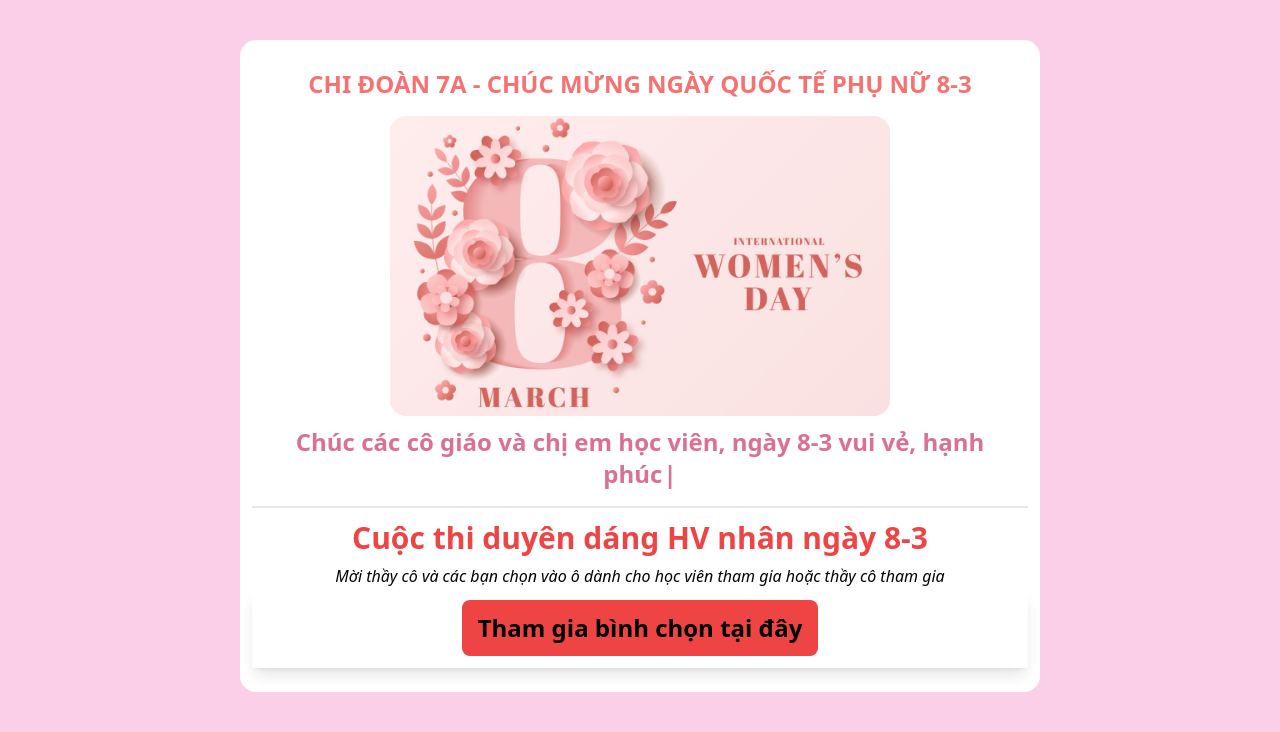
Repository: hoang0508/web-837A
Page: /
An editor plug-in stored every save of this project. The page is shown before and after the next save, followed by the edit.
The browser window is 1280 px wide. The pictures show the whole page.
Some web fonts or font styles are not loaded; a fallback is used. The project was rebuilt for these pictures with package versions that can differ from the ones it lists, and the page was loaded fresh each time. Also part of the build but not shown: vite.config.js.

Above is the page before, as saved 2025-02-28 19:32:01.

### index.html
<!DOCTYPE html>
<html lang="en">
  <head>
    <meta charset="UTF-8" />
    <link rel="icon" type="image/svg+xml" href="/vite.svg" />
    <meta name="viewport" content="width=device-width, initial-scale=1.0" />
    <link rel="preconnect" href="https://fonts.googleapis.com" />
    <link rel="preconnect" href="https://fonts.gstatic.com" crossorigin />
    <link
      href="https://fonts.googleapis.com/css2?family=Bai+Jamjuree:ital,wght@0,200;0,300;0,400;0,500;0,600;0,700;1,200;1,300;1,400;1,500;1,600;1,700&family=Montserrat:ital,wght@0,100..900;1,100..900&display=swap"
      rel="stylesheet"
    />
    <title>Vite + React</title>
  </head>
  <body>
    <div id="root"></div>
    <script type="module" src="/src/main.jsx"></script>
  </body>
</html>

### src/index.css
@import url("https://fonts.googleapis.com/css2?family=Bai+Jamjuree:ital,wght@0,200;0,300;0,400;0,500;0,600;0,700;1,200;1,300;1,400;1,500;1,600;1,700&family=Montserrat:ital,wght@0,100..900;1,100..900&display=swap");
@tailwind base;
@tailwind components;
@tailwind utilities;
*,
*:before,
*:after {
  box-sizing: border-box;
}

img,
picture,
svg,
video {
  display: block;
  max-width: 100%;
}
input,
select,
textarea {
  background-color: transparent;
  outline: none;
}
button {
  cursor: pointer;
  background-color: transparent;
  outline: none;
  border: 0;
}
body {
  min-height: 100vh;
  font-weight: 400;
  font-size: 16px;
  line-height: 1;
}

.Typewriter {
  margin: 10px;
  color: palevioletred;
  text-align: center;
  height: 70px;
}

### src/App.jsx
import { useState } from "react";
import reactLogo from "./assets/react.svg";
import anh83 from "./assets/anh832.png";
import Typewriter from "typewriter-effect";

import "./index.css";

function App() {
  const [count, setCount] = useState(0);

  return (
    <>
      <div className="text-2xl font-bold  bg-pink-200 min-h-screen p-10">
        <div className="bg-white shadow-3xl p-3 w-[800px]  my-0 mx-auto rounded-2xl">
          <h1 className="text-center text-red-400 p-4 uppercase">
            Chi đoàn 7A - CHÚC MỪNG NGÀY QUỐC TẾ PHỤ NỮ 8-3
          </h1>
          <div className="mx-auto w-[500px] h-[300px]">
            <img
              src={anh83}
              alt="##"
              className="w-full h-full object-cover rounded-2xl"
            />
          </div>
          <div className="border-b-2 border-gray-200">
            <Typewriter
              options={{
                strings: [
                  `${"Chúc các cô giáo và chị em học viên, ngày 8-3 vui vẻ, hạnh phúc, luôn mạnh khỏe và thành công! 🌸💐❤️❤️❤️💰"}`,
                ],
                delay: 75,
                autoStart: true,
                loop: true,
              }}
            />
          </div>
          <div className="my-3">
            <h3 className="text-center font-bold text-red-500 mb-2 text-3xl">
              Cuộc thi duyên dáng HV nhân ngày 8-3
            </h3>
            <p className="text-center italic text-base font-light">
              Mời thầy cô và các bạn chọn vào ô dành cho học viên tham gia hoặc
              thầy cô tham gia
            </p>
            <div className="py-3 flex justify-center items-center shadow-lg">
              <button className="flex justify-center items-center py-3 px-4 bg-red-500 rounded-lg">
                Tham gia bình chọn tại đây
              </button>
            </div>
          </div>
        </div>
      </div>
    </>
  );
}

export default App;

### tailwind.config.js
/** @type {import('tailwindcss').Config} */
export default {
  content: ["./index.html", "./src/**/*.{js,ts,jsx,tsx}"],
  theme: {
    extend: {
      keyframes: {
        typing: {
          "0%": {
            width: "0%",
            visibility: "hidden",
          },
          "100%": {
            width: "100%",
          },
        },
        blink: {
          "50%": {
            borderColor: "transparent",
          },
          "100%": {
            borderColor: "white",
          },
        },
      },
      animation: {
        typing: "typing 5s steps(40) infinite alternate, blink .10s infinite",
      },
    },
  },
  plugins: [],
};

Loaded but not shown: src/main.jsx (common file)

After the next save:
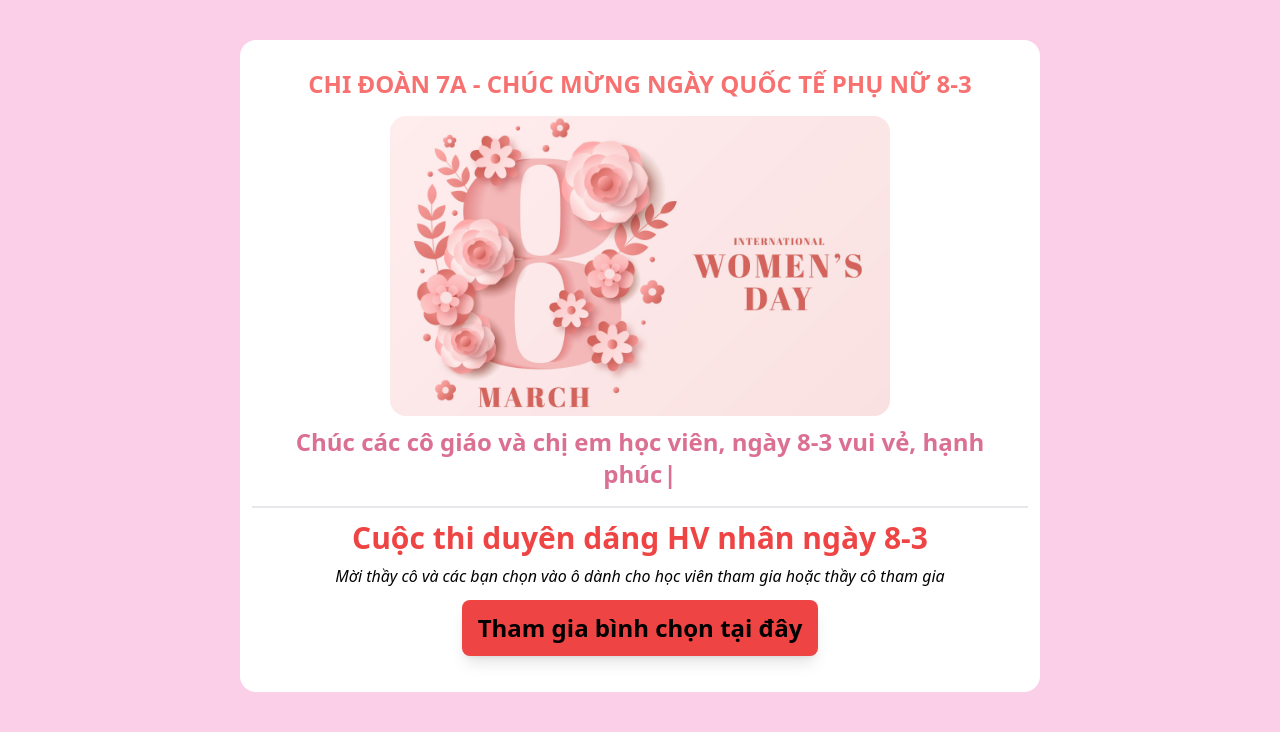
Saved 11 s later.
--- a/src/App.jsx
+++ b/src/App.jsx
@@ -42,8 +42,8 @@ function App() {
               Mời thầy cô và các bạn chọn vào ô dành cho học viên tham gia hoặc
               thầy cô tham gia
             </p>
-            <div className="py-3 flex justify-center items-center shadow-lg">
-              <button className="flex justify-center items-center py-3 px-4 bg-red-500 rounded-lg">
+            <div className="py-3 flex justify-center items-center">
+              <button className="flex justify-center items-center py-3 px-4 bg-red-500 rounded-lg shadow-lg">
                 Tham gia bình chọn tại đây
               </button>
             </div>
